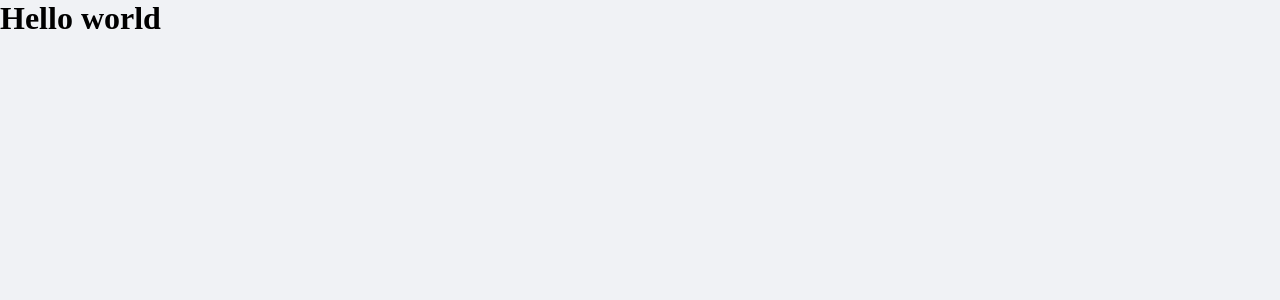
Repository: JoseGu1llardi/dtmoney
Page: /
The author's editor kept a copy of each file at every save. The page is drawn from the files as they stood at one save, then again after the next save.
The browser window is 1280 px wide. The pictures show the whole page.
The project was rebuilt for these pictures with package versions that can differ from the ones it lists, and the page was loaded fresh each time.

Above is the page before, as saved 2022-12-30 11:22:33.

After the next save:
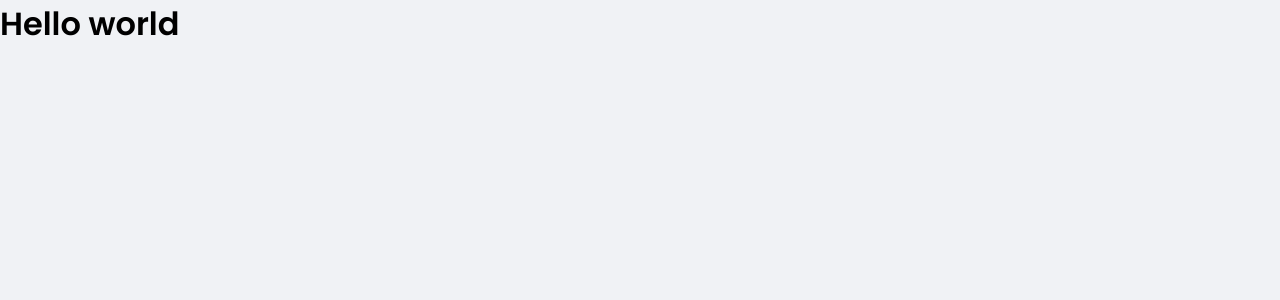
Saved 2 min 2 s later.
--- a/src/styles/global.ts
+++ b/src/styles/global.ts
@@ -38,6 +38,11 @@ export const GlobalStyle = createGlobalStyle`
         -webkit-font-smoothing: antialiased;
     }
 
+    body, input, textarea, button {
+        font-family: 'Poppins', sans-serif;
+        font-weight: 400;
+    }
+
     button {
         cursor: pointer;
     }
